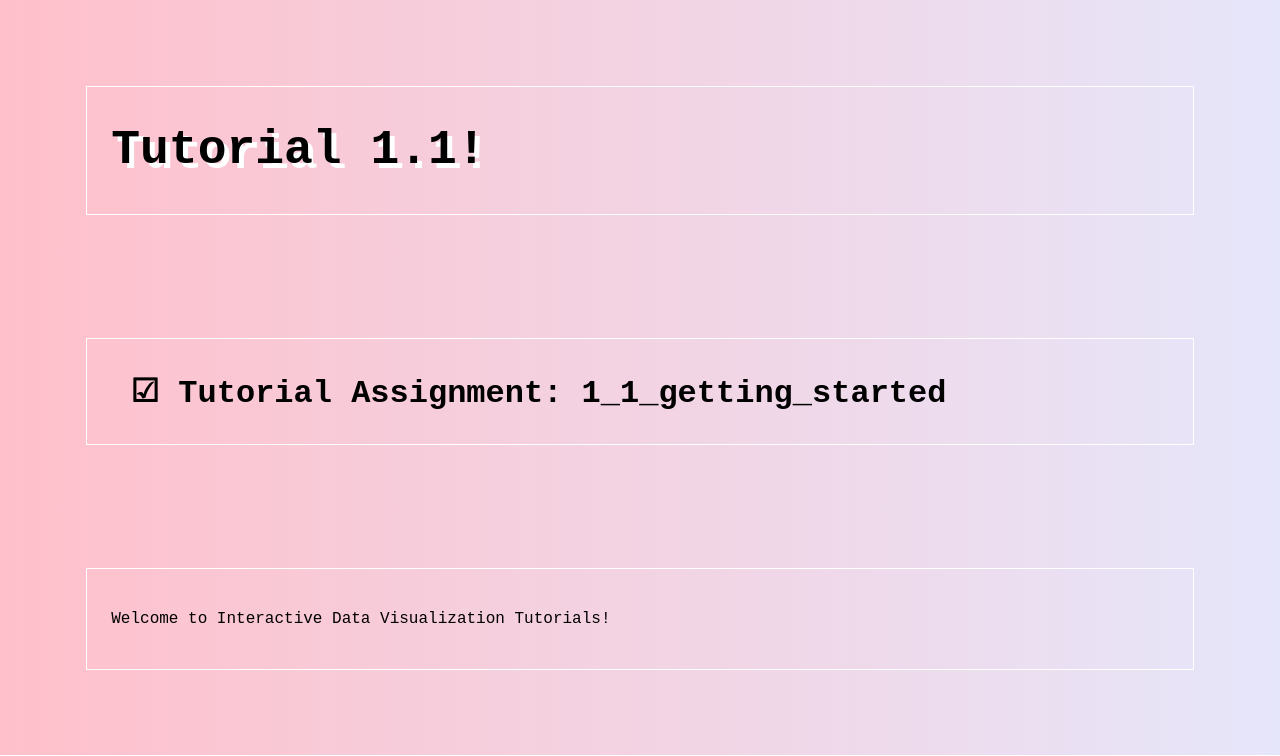
Repository: lisjak/Interactive-Data-Vis-Fall2022
Page: 1_1_getting_started/index.html
The author's editor kept a copy of each file at every save. The page is drawn from the files as they stood at one save, then again after the next save.
The browser window is 1280 px wide. The pictures show the whole page.
Some web fonts or font styles are not loaded; a fallback is used.

Above is the page before, as saved 2022-09-04 21:55:45.

After the next save:
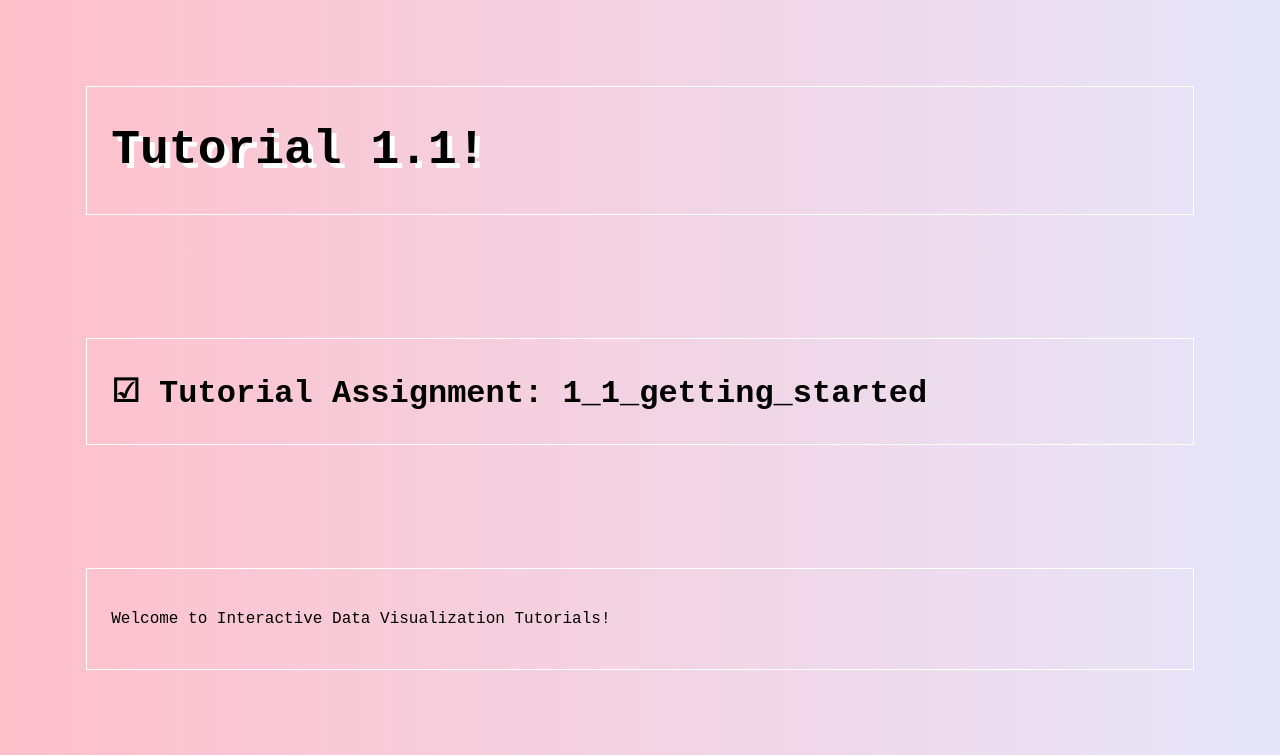
Saved 5 s later.
--- a/1_1_getting_started/index.html
+++ b/1_1_getting_started/index.html
@@ -17,7 +17,7 @@
         <h1>Tutorial 1.1!</h1>
     </div>
     <div>
-        <h3> &#65039; &#9745; Tutorial Assignment: 1_1_getting_started </h3>
+        <h3> &#9745; Tutorial Assignment: 1_1_getting_started </h3>
     </div>
     <div>
         <p>Welcome to Interactive Data Visualization Tutorials! </p>
